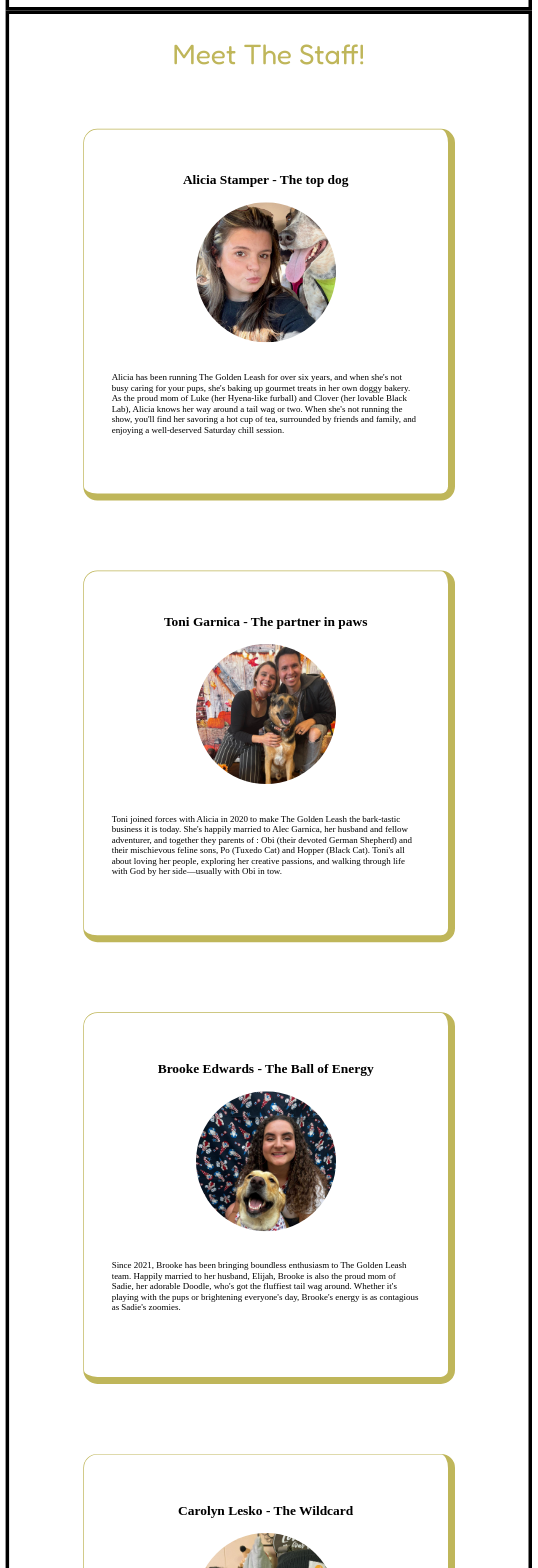
Repository: Aworminator/Thegoldenleash
Page: index.html
The author's editor kept a copy of each file at every save. The page is drawn from the files as they stood at one save, then again after the next save.
The browser window is 768 px wide. The pictures show the part of the page from y = 2620 to 4860 px (the page is 6532 px tall before and 7032 px after), at 70% of full size.

Above is the page before, as saved 2025-06-30 19:03:21.

After the next save:
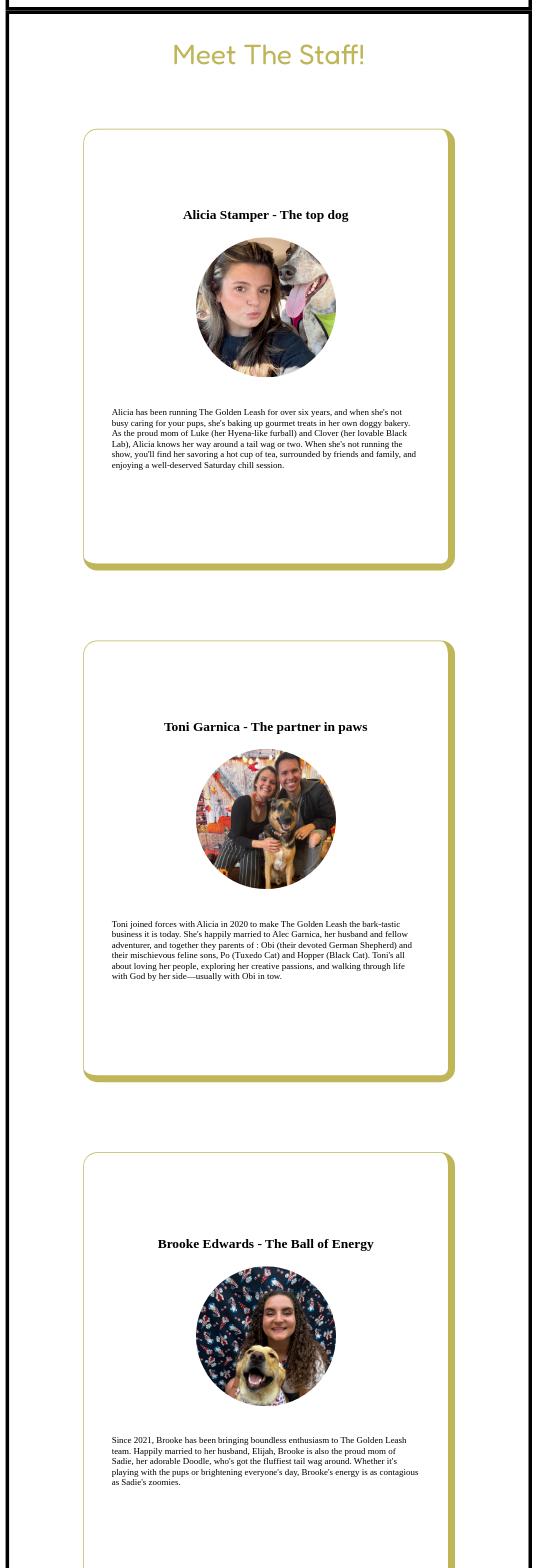
Saved 5 min 38 s later.
--- a/style.css
+++ b/style.css
@@ -165,6 +165,10 @@ li {
 
   .staff-info {
     font-size: 0.8em;
+  }
+
+  .card {
+    height: 600px;
   }
 
   h1 {
